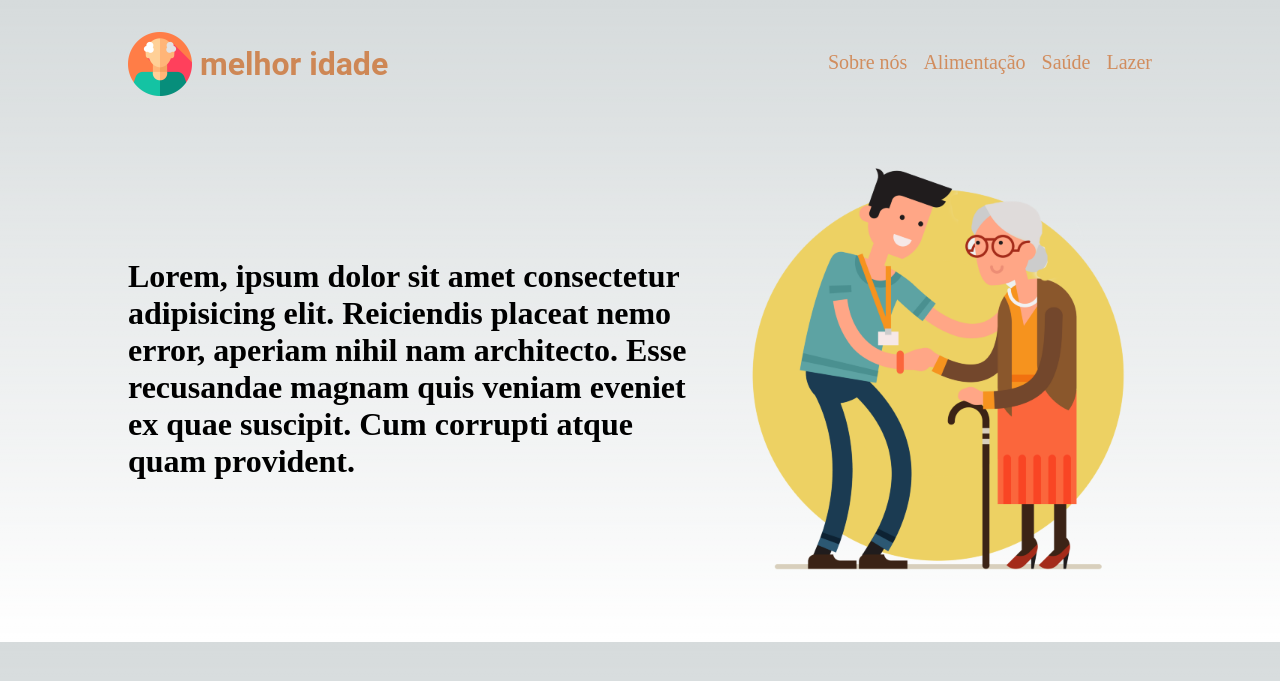
Repository: Giopol12/melhor-idade-online
Page: /home
An editor plug-in stored every save of this project. The page is shown before and after the next save, followed by the edit.
The browser window is 1280 px wide. The pictures show the whole page.
The project was rebuilt for these pictures with package versions that can differ from the ones it lists, and the page was loaded fresh each time. The framework's server and built-in components were replaced by stand-ins that run in the browser. Also part of the build but not shown: next.config.js.

Above is the page before, as saved 2023-11-12 15:46:59.

### src/pages/home/index.tsx
import { Header } from '@/components/Header'
import { Container } from './styles'
import { HomeMain } from './HomeMain'

export default function Home() {
  return (
    <Container>
      <Header />
      <HomeMain />
    </Container>
  )
}

### src/components/Header/index.tsx
import Image from 'next/image'
import { HeaderContainer, LogoContainer, NavContainer } from './styles'

import logo2 from '../../../assets/logo2.png'
import Link from 'next/link'

export function Header() {
  return (
    <HeaderContainer>
      <LogoContainer href="/">
        <Image src={logo2} width={64} alt="logo" quality={100} />
        <strong>melhor idade</strong>
      </LogoContainer>

      <NavContainer>
        <Link href={'/nutrition'}>Sobre nós</Link>
        <Link href="/">Alimentação</Link>
        <Link href="/">Saúde</Link>
        <Link href="/">Lazer</Link>
      </NavContainer>
    </HeaderContainer>
  )
}

### src/pages/home/styles.ts
import { styled } from '@/styles'

export const Container = styled('div', {
  maxWidth: '1440px',
  margin: '0 auto',
})

### src/pages/home/HomeMain/index.tsx
import Image from 'next/image'
import { ContentContainer, HomeMainContainer } from './styles'

import mainImg from '../../../../assets/main-image.png'

export function HomeMain() {
  return (
    <HomeMainContainer>
      <ContentContainer>
        <h1>
          Lorem, ipsum dolor sit amet consectetur adipisicing elit. Reiciendis
          placeat nemo error, aperiam nihil nam architecto. Esse recusandae
          magnam quis veniam eveniet ex quae suscipit. Cum corrupti atque quam
          provident.
        </h1>
      </ContentContainer>
      <Image src={mainImg} width={450} alt="" />
    </HomeMainContainer>
  )
}

### src/components/Header/styles.ts
import { styled } from '@/styles'
import Link from 'next/link'

export const HeaderContainer = styled('header', {
  maxWidth: 1024,
  margin: '2rem auto',
  display: 'flex',
  justifyContent: 'space-between',
  alignItems: 'center',
})
export const LogoContainer = styled(Link, {
  fontFamily: 'Roboto, sans-serif',
  display: 'flex',
  alignItems: 'center',
  gap: '0.5rem',
  fontWeight: 900,
  fontSize: '2rem',
  textDecoration: 'none',
  color: '$beije500',
})
export const NavContainer = styled('div', {
  display: 'flex',
  gap: '1rem',
  a: {
    textDecoration: 'none',
    color: '$beije400',
    fontSize: '$lg',
    borderBottom: '3px solid transparent',
    '&:hover': {
      borderBottom: '3px solid $beije500',
    },
  },
})

### src/styles/index.ts
import { createStitches } from '@stitches/react'
export const {
  config,
  createTheme,
  css,
  getCssText,
  globalCss,
  keyframes,
  prefix,
  reset,
  styled,
  theme,
} = createStitches({
  theme: {
    colors: {
      white: '#FFF',

      beije100: '#FFFBF4',
      beije400: '#D18D5E',
      beije500: '#CE8755',
      gray700: '#21201F',
      gray900: '#010101',
      green100: '#CDE693',
    },

    fontSizes: {
      md: '1.125rem',
      lg: '1.25rem',
      xl: '1.5rem',
      '2xl': '2rem',
    },
  },
})

### src/pages/home/HomeMain/styles.ts
import { styled } from '@/styles'

export const HomeMainContainer = styled('main', {
  maxWidth: 1024,
  margin: '3rem auto',
  display: 'flex',
  justifyContent: 'space-between',
  alignItems: 'center',
})
export const ContentContainer = styled('div', {})

Loaded but not shown: src/pages/_app.tsx (common file); src/pages/_document.tsx (common file); src/styles/globals.css (common file)

After the next save:
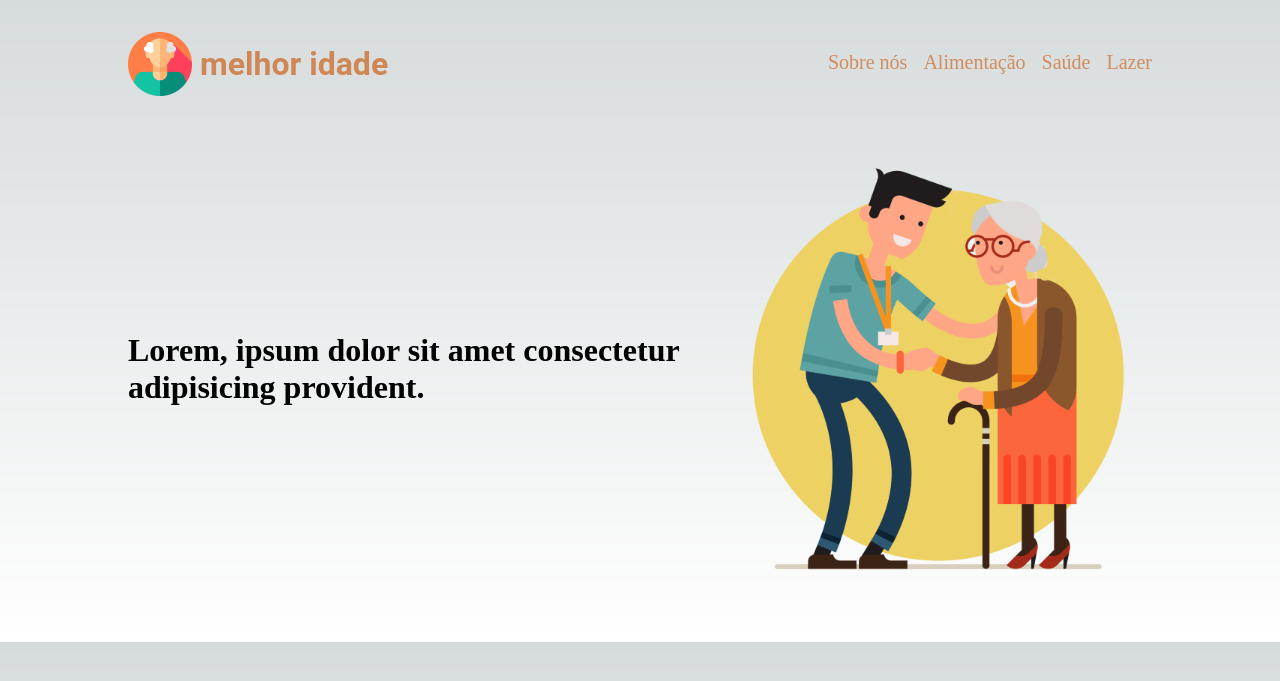
Saved 7 s later.
--- a/src/pages/home/HomeMain/index.tsx
+++ b/src/pages/home/HomeMain/index.tsx
@@ -7,12 +7,7 @@ export function HomeMain() {
   return (
     <HomeMainContainer>
       <ContentContainer>
-        <h1>
-          Lorem, ipsum dolor sit amet consectetur adipisicing elit. Reiciendis
-          placeat nemo error, aperiam nihil nam architecto. Esse recusandae
-          magnam quis veniam eveniet ex quae suscipit. Cum corrupti atque quam
-          provident.
-        </h1>
+        <h1>Lorem, ipsum dolor sit amet consectetur adipisicing provident.</h1>
       </ContentContainer>
       <Image src={mainImg} width={450} alt="" />
     </HomeMainContainer>
